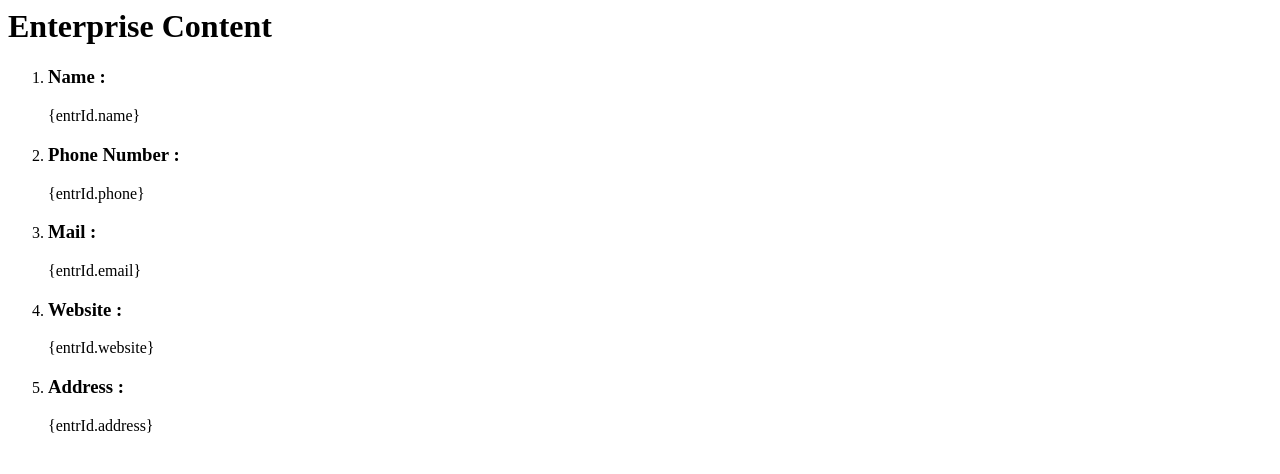
Repository: afif-dhaw/extension-builder
Page: extensions/formation/Resources/Private/Templates/Content/Enterprise.html
The author's editor kept a copy of each file at every save. The page is drawn from the files as they stood at one save, then again after a run of saves.
The browser window is 1280 px wide. The pictures show the whole page.

Above is the page before, as saved 2023-03-27 12:37:43.

### extensions/formation/Resources/Private/Templates/Content/Enterprise.html
<html data-namespace-typo3-fluid="true" xmlns:f="http://typo3.org/ns/TYPO3Fluid/Fluid/ViewHelpers"
  xmlns:v="http://typo3.org/ns/FluidTYPO3/Vhs/ViewHelpers" xmlns:flux="http://typo3.org/ns/FluidTYPO3/Flux/ViewHelpers"
  xmlns:p="Filter\Filter\ViewHelpers">

<f:layout name="Default" />

<f:section name="Configuration">
  <flux:form id="enterprise" label="Enterprise Content" description="Enterprise Content">

  </flux:form>
</f:section>

<f:section name="Preview">
  <h1>Enterprise Content</h1>
</f:section>

<f:section name="Main">

  <f:variable name="enterprise" value="{p:enterprise(enterpriseId: enterpriseId)}"></f:variable>
  <ol>
    <li>
      <h3>Name : </h3>{entrId.name}
    </li>
    <li>
      <h3>Phone Number : </h3>{entrId.phone}
    </li>
    <li>
      <h3>Mail : </h3>{entrId.email}
    </li>
    <li>
      <h3>Website : </h3>{entrId.website}
    </li>
    <li>
      <h3>Address : </h3>{entrId.address}
    </li>
  </ol>
</f:section>

</html>

After the next 5 saves:
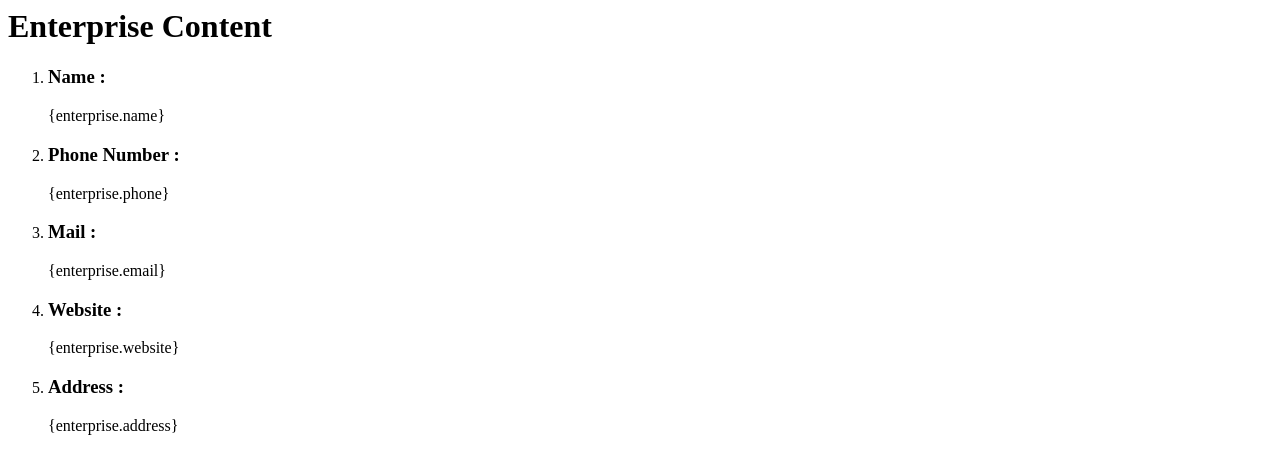
The 5 saves are shown as one change because they came seconds apart.
The last was saved 12 s later.
--- a/extensions/formation/Resources/Private/Templates/Content/Enterprise.html
+++ b/extensions/formation/Resources/Private/Templates/Content/Enterprise.html
@@ -19,19 +19,19 @@
   <f:variable name="enterprise" value="{p:enterprise(enterpriseId: enterpriseId)}"></f:variable>
   <ol>
     <li>
-      <h3>Name : </h3>{entrId.name}
+      <h3>Name : </h3>{enterprise.name}
     </li>
     <li>
-      <h3>Phone Number : </h3>{entrId.phone}
+      <h3>Phone Number : </h3>{enterprise.phone}
     </li>
     <li>
-      <h3>Mail : </h3>{entrId.email}
+      <h3>Mail : </h3>{enterprise.email}
     </li>
     <li>
-      <h3>Website : </h3>{entrId.website}
+      <h3>Website : </h3>{enterprise.website}
     </li>
     <li>
-      <h3>Address : </h3>{entrId.address}
+      <h3>Address : </h3>{enterprise.address}
     </li>
   </ol>
 </f:section>
